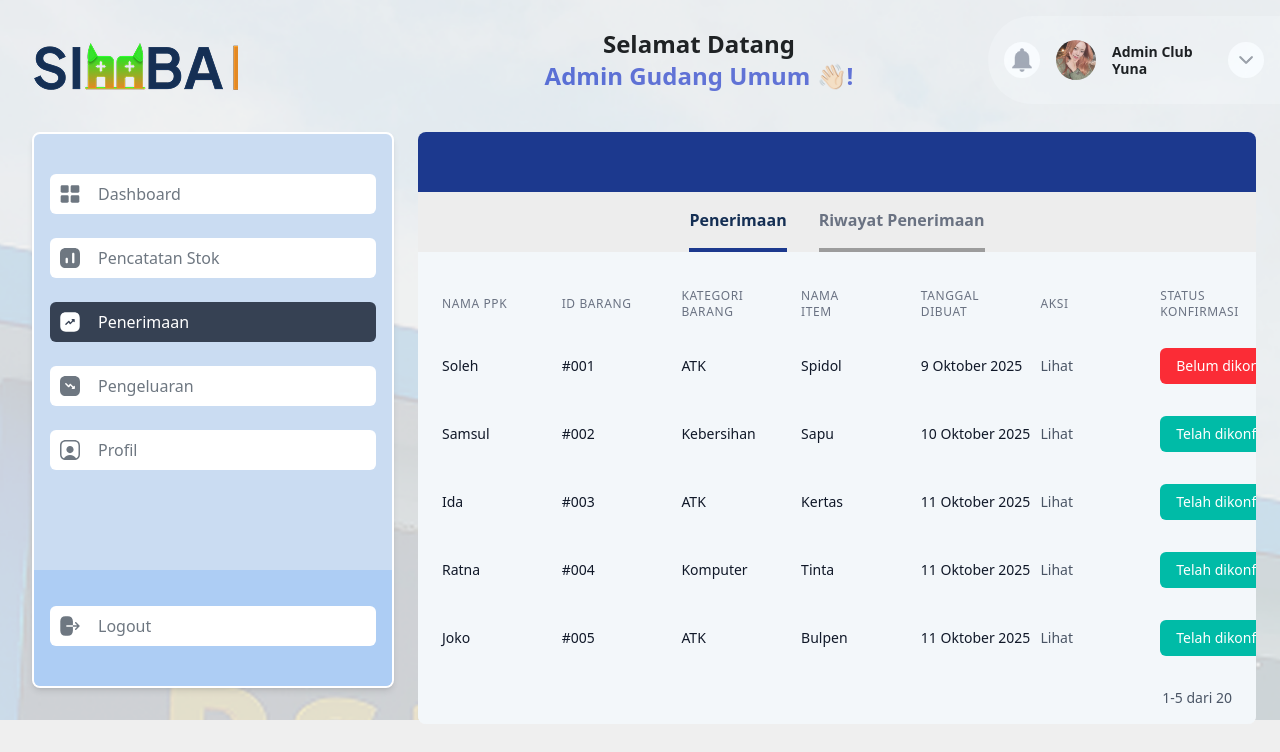
Repository: Gokerwow/inventory-fe
Page: /penerimaan
These files come from the project's save history. The page is drawn as it stood at one moment and after the next save; the edit follows.
The browser window is 1280 px wide. The pictures show the whole page.
The project was rebuilt for these pictures with package versions that can differ from the ones it lists, and the page was loaded fresh each time. Also part of the build but not shown: vite.config.ts, src/components/categoryBarChart.tsx, src/components/lineChart.tsx, src/pages/dashboard.tsx, src/pages/stokBarang.tsx, src/pages/pengeluaran.tsx, src/pages/profil.tsx.

Above is the page before, as saved 2025-10-14 18:31:49.

### index.html
<!doctype html>
<html lang="en">
  <head>
    <meta charset="UTF-8" />
    <link rel="icon" type="image/svg+xml" href="/vite.svg" />
    <meta name="viewport" content="width=device-width, initial-scale=1.0" />
    <title>inventory-fe</title>
  </head>
  <body>
    <div id="root"></div>
    <script type="module" src="/src/main.tsx"></script>
  </body>
</html>

### src/main.tsx
import { StrictMode } from 'react'
import { createRoot } from 'react-dom/client'
import './index.css'
import App from './App.tsx'
import ErrorBoundary from './components/errorBoundary.tsx'
import { BrowserRouter } from 'react-router-dom'

createRoot(document.getElementById('root')!).render(
  <StrictMode>
    <ErrorBoundary>
      <BrowserRouter>
        <App />
      </BrowserRouter>
    </ErrorBoundary>
  </StrictMode>,
)

### src/App.tsx
import './App.css'
import { Routes, Route, Navigate } from 'react-router-dom'
import Layout from './components/layout'
import Dashboard from './pages/dashboard'
import StokBarang from './pages/stokBarang'
import Penerimaan from './pages/penerimaan'
import Pengeluaran from './pages/pengeluaran'
import Profil from './pages/profil'


function App() {
  return (
    <Routes>
      <Route path="/" element={<Layout />}>
        <Route index element={<Navigate to="/dashboard" replace />} />
        <Route path="dashboard" element={<Dashboard />} />
        <Route path="pencatatan-stok" element={<StokBarang />} />
        <Route path="penerimaan" element={<Penerimaan />} />
        <Route path="pengeluaran" element={<Pengeluaran />} />
        <Route path="profil" element={<Profil />} />
      </Route>
    </Routes>
  )
}

export default App

### src/components/errorBoundary.tsx
// components/ErrorBoundary.tsx
import { ErrorBoundary as ReactErrorBoundary } from 'react-error-boundary';
import { type ReactNode } from 'react';

function ErrorFallback({ error, resetErrorBoundary }: any) {
    return (
        <div className="min-h-screen flex items-center justify-center bg-gray-100">
            <div className="bg-white p-8 rounded-lg shadow-lg max-w-md w-full">
                <h2 className="text-2xl font-bold text-red-600 mb-4">
                    Oops! Terjadi Error
                </h2>
                <div className="bg-red-50 border border-red-200 rounded p-4 mb-4">
                    <p className="text-red-800 font-semibold">Error:</p>
                    <p className="text-red-600 text-sm mt-2">{error.message}</p>
                </div>
                <details className="mb-4">
                    <summary className="cursor-pointer text-gray-600 hover:text-gray-800">
                        Stack Trace
                    </summary>
                    <pre className="mt-2 text-xs bg-gray-50 p-2 rounded overflow-auto max-h-40">
                        {error.stack}
                    </pre>
                </details>
                <button
                    onClick={resetErrorBoundary}
                    className="w-full bg-blue-600 text-white py-2 px-4 rounded hover:bg-blue-700 transition"
                >
                    Coba Lagi
                </button>
            </div>
        </div>
    );
}

interface ErrorBoundaryProps {
    children: ReactNode;
}

export default function ErrorBoundary({ children }: ErrorBoundaryProps) {
    return (
        <ReactErrorBoundary
            FallbackComponent={ErrorFallback}
            onError={(error, errorInfo) => {
                // Log error ke console atau service logging (Sentry, LogRocket, dll)
                console.error('Error caught by boundary:', error, errorInfo);
            }}
            onReset={() => {
                // Reset state aplikasi jika perlu
                window.location.href = '/';
            }}
        >
            {children}
        </ReactErrorBoundary>
    );
}

### src/App.css
@import "tailwindcss";

body {
  background-color: #EFEFEF;
}

### src/components/layout.tsx
// components/Layout.tsx
import { Outlet } from 'react-router-dom';
import SideBar from '../components/sidebar'
import TopBar from '../components/topBar'
import Background from '../assets/background.png';
import SimbaLogo from '../assets/Light Logo new 1.png';

function Layout() {
    return (
        <div className="flex flex-col h-screen">
            <div
                className="absolute inset-0 bg-no-repeat bg-cover bg-top"
                style={{ backgroundImage: `url(${Background})` }}
            />

            <div className='flex'>
                {/* Sidebar  */}
                <div className='p-4 h-screen fixed top-0 left-0 flex flex-col w-[394px] z-10'>
                    <div className='p-4'>
                        <img src={SimbaLogo} alt="Simba Logo" />
                    </div>
                    <SideBar />
                </div>

                {/* Content Area */}
                <div className="flex flex-col flex-1 ml-[394px]">
                    <TopBar />
                    <div className="flex-1 overflow-auto mb-4  p-3 px-6">
                        <Outlet/>
                    </div>
                </div>
            </div>
        </div>
    );
}

export default Layout;

### src/pages/penerimaan.tsx
import { useState } from 'react';

export default function Penerimaan() {
    const [activeTab, setActiveTab] = useState('penerimaan');

    const [data] = useState([
        {
            id: 1,
            namaPPK: 'Soleh',
            idBarang: '#001',
            kategori: 'ATK',
            namaItem: 'Spidol',
            tanggal: '9 Oktober 2025',
            status: 'Belum dikonfirmasi'
        },
        {
            id: 2,
            namaPPK: 'Samsul',
            idBarang: '#002',
            kategori: 'Kebersihan',
            namaItem: 'Sapu',
            tanggal: '10 Oktober 2025',
            status: 'Telah dikonfirmasi'
        },
        {
            id: 3,
            namaPPK: 'Ida',
            idBarang: '#003',
            kategori: 'ATK',
            namaItem: 'Kertas',
            tanggal: '11 Oktober 2025',
            status: 'Telah dikonfirmasi'
        },
        {
            id: 4,
            namaPPK: 'Ratna',
            idBarang: '#004',
            kategori: 'Komputer',
            namaItem: 'Tinta',
            tanggal: '11 Oktober 2025',
            status: 'Telah dikonfirmasi'
        },
        {
            id: 5,
            namaPPK: 'Joko',
            idBarang: '#005',
            kategori: 'ATK',
            namaItem: 'Bulpen',
            tanggal: '11 Oktober 2025',
            status: 'Telah dikonfirmasi'
        }
    ]);

    return (
        <div className="bg-[#F3F7FA]  relative z-10 rounded-lg overflow-hidden">
            {/* Header */}
            <div className="bg-blue-900 text-white px-6 py-4 h-[60px]">

            </div>

            {/* Tabs */}
            <div className="bg-[#EDEDED]">
                <div className="px-6">
                    <div className="flex gap-8 justify-center items-center">
                        <button
                            onClick={() => setActiveTab('penerimaan')}
                            className={`py-4 font-bold border-b-4 transition-colors ${activeTab === 'penerimaan'
                                    ? 'border-blue-900 text-[#152F54]'
                                    : 'border-[#9C9C9C] text-gray-500 hover:text-gray-700'
                                }`}
                        >
                            Penerimaan
                        </button>
                        <button
                            onClick={() => setActiveTab('riwayat')}
                            className={`py-4 font-bold border-b-4 transition-colors ${activeTab === 'riwayat'
                                    ? 'border-blue-900 text-[#152F54]'
                                    : 'border-[#9C9C9C] text-gray-500 hover:text-gray-700'
                                }`}
                        >
                            Riwayat Penerimaan
                        </button>
                    </div>
                </div>
            </div>

            {/* Table */}
            <div className="pt-6 bg-[#F3F7FA]">
                <div className="w-full overflow-hidden">
                    <table className="w-full mx-auto bg-[#F3F7FA] table-fixed">
                        <thead className="">
                            <tr>
                                <th className="px-6 py-3 text-left text-xs font-medium text-gray-500 uppercase tracking-wider">
                                    Nama PPK
                                </th>
                                <th className="px-6 py-3 text-left text-xs font-medium text-gray-500 uppercase tracking-wider">
                                    ID Barang
                                </th>
                                <th className="px-6 py-3 text-left text-xs font-medium text-gray-500 uppercase tracking-wider">
                                    Kategori Barang
                                </th>
                                <th className="px-6 py-3 text-left text-xs font-medium text-gray-500 uppercase tracking-wider">
                                    Nama Item
                                </th>
                                <th className="px-6 py-3 text-left text-xs font-medium text-gray-500 uppercase tracking-wider">
                                    Tanggal dibuat
                                </th>
                                <th className="px-6 py-3 text-left text-xs font-medium text-gray-500 uppercase tracking-wider">
                                    Aksi
                                </th>
                                <th className="px-6 py-3 text-left text-xs font-medium text-gray-500 uppercase tracking-wider">
                                    Status konfirmasi
                                </th>
                            </tr>
                        </thead>
                        <tbody className="">
                            {data.map((item) => (
                                <tr key={item.id} className="hover:bg-blue-100">
                                    <td className="px-6 py-4 whitespace-nowrap text-sm text-gray-900">
                                        {item.namaPPK}
                                    </td>
                                    <td className="px-6 py-4 whitespace-nowrap text-sm text-gray-900">
                                        {item.idBarang}
                                    </td>
                                    <td className="px-6 py-4 whitespace-nowrap text-sm text-gray-900">
                                        {item.kategori}
                                    </td>
                                    <td className="px-6 py-4 whitespace-nowrap text-sm text-gray-900">
                                        {item.namaItem}
                                    </td>
                                    <td className="px-6 py-4 whitespace-nowrap text-sm text-gray-900">
                                        {item.tanggal}
                                    </td>
                                    <td className="px-6 py-4 whitespace-nowrap text-sm">
                                        <button className="inline-flex items-center gap-1 text-gray-600 hover:text-gray-900">
                                            {/* <Eye size={16} /> */}
                                            <span>Lihat</span>
                                        </button>
                                    </td>
                                    <td className="px-6 py-4 whitespace-nowrap text-sm">
                                        {item.status === 'Belum dikonfirmasi' ? (
                                            <button className="px-4 py-2 bg-red-500 text-white rounded-md hover:bg-red-600 transition-colors">
                                                Belum dikonfirmasi
                                            </button>
                                        ) : (
                                            <button className="px-4 py-2 bg-teal-500 text-white rounded-md hover:bg-teal-600 transition-colors">
                                                Telah dikonfirmasi
                                            </button>
                                        )}
                                    </td>
                                </tr>
                            ))}
                        </tbody>
                    </table>

                    {/* Pagination */}
                    <div className="px-6 py-4 flex justify-end text-sm text-gray-600">
                        1-5 dari 20
                    </div>
                </div>
            </div>
        </div>
    );
};

### src/components/sidebar.tsx
import DashboardIcon from '../assets/DashboardIcon.svg?react';
import ChartIcon from '../assets/Chart.svg?react';
import PenerimaanIcon from '../assets/Penerimaan.svg?react';
import PengeluaranIcon from '../assets/Pengeluaran.svg?react';
import ProfilIcon from '../assets/profil.svg?react';
import LogoutIcon from '../assets/LogoutIcon.svg?react';
import { NavLink } from 'react-router-dom';

export default function SideBar() {
    const menuItems = [
        { path: '/dashboard', icon: DashboardIcon, label: 'Dashboard' },
        { path: '/pencatatan-stok', icon: ChartIcon, label: 'Pencatatan Stok' },
        { path: '/penerimaan', icon: PenerimaanIcon, label: 'Penerimaan' },
        { path: '/pengeluaran', icon: PengeluaranIcon, label: 'Pengeluaran' },
        { path: '/profil', icon: ProfilIcon, label: 'Profil' },
    ];

    return (
        <div className='w-[394px] p-4 flex-1'>
            <div className="bg-[#CADCF2] text-white flex flex-col justify-between h-full rounded-lg overflow-hidden shadow-md border-2 border-white">
                <ul className='flex flex-col gap-6 px-4 py-10'>
                    {menuItems.map((item) => (
                        <li key={item.path}>
                            <NavLink
                                to={item.path}
                                className={({ isActive }) =>
                                    `flex items-center gap-4 p-2 rounded-md cursor-pointer transition-all duration-300 ${isActive
                                        ? 'bg-gray-700 text-white'
                                        : 'bg-white text-[#6E7781] hover:bg-gray-700 hover:text-white group'
                                    }`
                                }
                            >
                                {({ isActive }) => (
                                    <>
                                        <item.icon
                                            className={`w-6 h-6 fill-current transition-colors ${isActive
                                                ? 'text-white'
                                                : 'text-[#6E7781] group-hover:text-white'
                                                }`}
                                        />
                                        <span>{item.label}</span>
                                    </>
                                )}
                            </NavLink>
                        </li>
                    ))}

                </ul>
                <div className='w-full h-[21%] flex justify-center items-end bg-[#ADCDF4] px-4 py-10'>
                    {/* Logout - Pisah karena bukan navigasi biasa */}
                    <button
                        onClick={() => {
                            // Handle logout logic di sini
                            console.log('Logout clicked');
                        }}
                        className='flex items-center gap-4 p-2 bg-white hover:bg-red-600 group rounded-md cursor-pointer transition-all duration-300 w-full text-left'
                    >
                        <LogoutIcon className="w-6 h-6 fill-current text-[#6E7781] group-hover:text-white" />
                        <span className='text-[#6E7781] group-hover:text-white'>Logout</span>
                    </button>

                </div>
            </div>
        </div>
    );
}

### src/components/topBar.tsx
import NotifIcon from '../assets/Notification.png';
import ChevronDown from '../assets/ChevronDown.png';
import PfpExample from '../assets/Pfp Example.jpeg';

export default function TopBar() {
    return (
        <div className="w-full flex items-center justify-between gap-6 py-4 pl-4">
            <div></div>
            <div className='text-2xl font-bold'>
                <p className='text-center'>Selamat Datang</p>
                <p className='text-center text-[#4D5ED1]'>Admin Gudang Umum 👋🏻!</p>
            </div>
            <div>
                <div className='flex items-center justify-center gap-4 bg-white/30 rounded-l-full px-4 py-6'>
                    <div className='bg-white rounded-full w-9 h-9 flex items-center justify-center'>
                        <img src={NotifIcon} alt="Notification Icon" className='h-6' />
                    </div>
                    <div className='flex items-center gap-4'>
                        <div className='bg-white rounded-full w-10 h-10 flex items-center justify-center overflow-hidden'>
                            <img src={PfpExample} alt="Profile Picture" className='w-full' />
                        </div>
                        <span className='max-w-[100px] break-words leading-tight font-semibold text-sm'>Admin Club Yuna</span>
                    </div>
                    <div className='bg-white rounded-full w-9 h-9 flex items-center justify-center'>
                        <img src={ChevronDown} alt="Notification Icon" className='h-2' />
                    </div>
                </div>
            </div>
        </div>
    )
}

Loaded but not shown: src/index.css (common file)

After the next save:
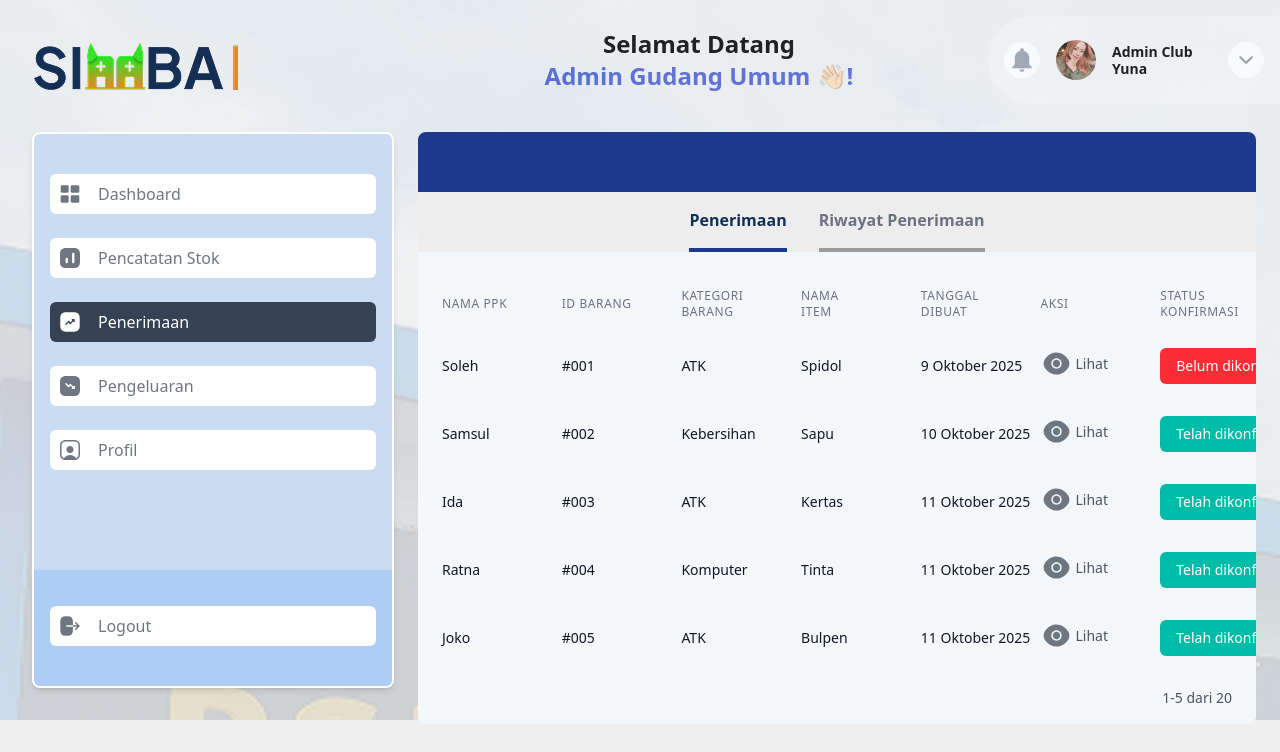
Saved 60 s later.
--- a/src/pages/penerimaan.tsx
+++ b/src/pages/penerimaan.tsx
@@ -1,4 +1,5 @@
 import { useState } from 'react';
+import EyeIcon from '../assets/eye.svg?react';
 
 export default function Penerimaan() {
     const [activeTab, setActiveTab] = useState('penerimaan');
@@ -133,7 +134,7 @@ export default function Penerimaan() {
                                     </td>
                                     <td className="px-6 py-4 whitespace-nowrap text-sm">
                                         <button className="inline-flex items-center gap-1 text-gray-600 hover:text-gray-900">
-                                            {/* <Eye size={16} /> */}
+                                            <EyeIcon />
                                             <span>Lihat</span>
                                         </button>
                                     </td>
